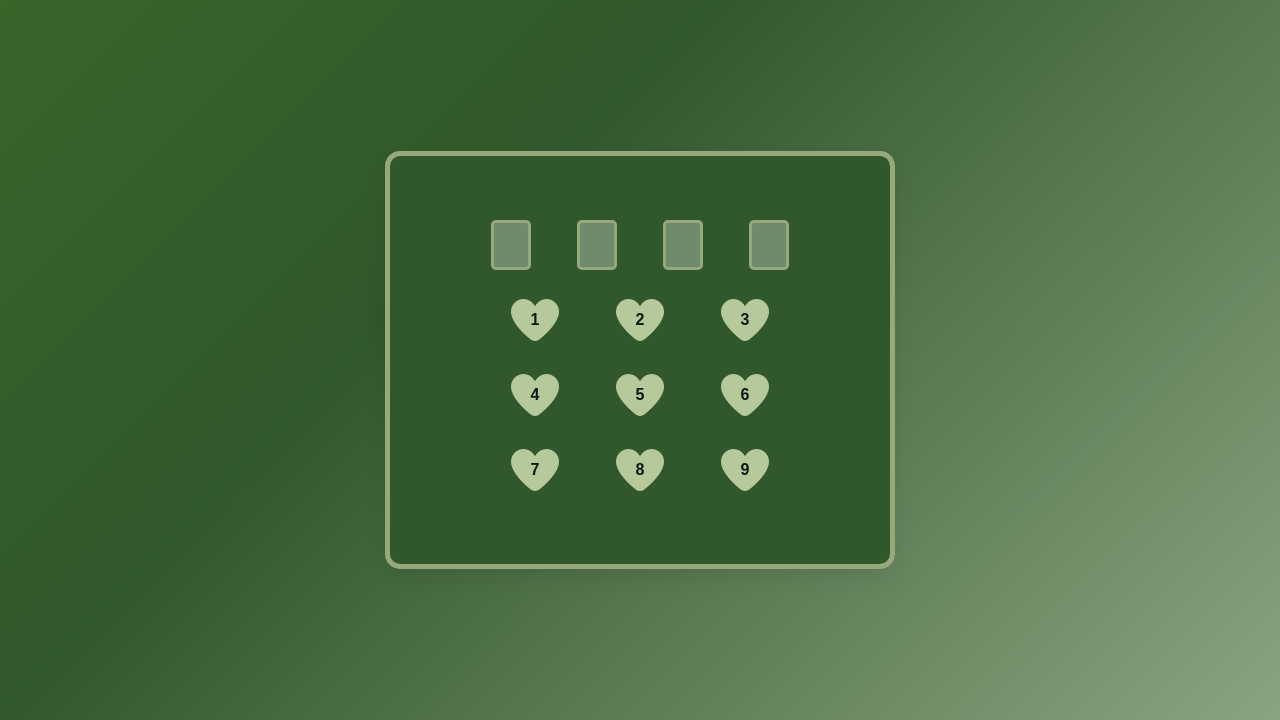
Repository: jahatesu/project-cutie
Page: index.html
An editor plug-in stored every save of this project. The page is shown before and after a run of saves, followed by the edit.
The browser window is 1280 px wide. The pictures show the whole page.
Some web libraries are served in a nearby version.

Above is the page before, as saved 2025-08-14 23:57:31.
Console error: TypeError: Cannot read properties of null (reading 'getBoundingClientRect')

### index.html
<!DOCTYPE html>
<html lang="en">
<head>
    <meta charset="UTF-8"
    meta http-equiv="X-UA-Compatible" content="IE=edge">
    <meta name="viewport" content="width=device-width, initial-scale=1.0">
    <title>idk yet</title>
    <link rel="stylesheet" href="https://cdnjs.cloudflare.com/ajax/libs/font-awesome/7.0.0/css/all.min.css">
    <link rel="stylesheet" href="style.css">
</head>

<body>
    <div class="wrapper">
        <!-- <i class="fa-solid fa-heart"></i>
        <h2 class="question">Do you wanna see why I think you’re the cutest?</h2>
        <div class="btn-group">
            <button class="btn-yes">Yes</button>
            <button class="btn-no">No</button>
        </div> -->

        <!-- PIN DISPLAY -->
         <div class="pin-display">
            <div class="pin-box"></div>
            <div class="pin-box"></div>
            <div class="pin-box"></div>
            <div class="pin-box"></div>
         </div>

         <!-- HEART BUTTONS -->
         <div class="heart-pad">
            <button data-num="1"><i class="fa-solid fa-heart"></i><span>1</span></button>
            <button data-num="2"><i class="fa-solid fa-heart"></i><span>2</span></button>
            <button data-num="3"><i class="fa-solid fa-heart"></i><span>3</span></button>
            <button data-num="4"><i class="fa-solid fa-heart"></i><span>4</span></button>
            <button data-num="5"><i class="fa-solid fa-heart"></i><span>5</span></button>
            <button data-num="6"><i class="fa-solid fa-heart"></i><span>6</span></button>
            <button data-num="7"><i class="fa-solid fa-heart"></i><span>7</span></button>
            <button data-num="8"><i class="fa-solid fa-heart"></i><span>8</span></button>
            <button data-num="9"><i class="fa-solid fa-heart"></i><span>9</span></button>

        </div>
    </div>

    <script src="script.js"></script>


</body>
</html>

### style.css
:root{
    --bg1:#e9f5db;
    --bg2:#90a955;
    --accent:#b5c99a;
    --ink:#232323;
    --splash-duration: 2600ms;
  }

*{
    margin: 0;
    padding: 0;
    box-sizing: border-box;
}

html, body {
    display: flex;
    justify-content: center;
    align-items: center;
    min-height: 100vh;
  width: 100%;
  height:100%;
}

body {
    background: linear-gradient(-45deg, #e9f5db, #31572c, #538d22, #143601);
    background-size: 400% 400%;
    animation: gradient 15s ease infinite;
}

@keyframes gradient {
    0% {
        background-position: 0% 50%;
    }
    50% {
        background-position: 100% 50%;
    }
    100% {
        background-position: 0% 50%;
    }
}
.wrapper{
    position: relative;
    width: 90%;
    padding: 5%;
    max-width: 500px;
    margin: 50px 50px;
    height: fit-content;
    /* max-height: 50%; */
    background: #31572c;
    border-radius: 10px;
    display: flex;
    justify-content: center;
    align-items: center;
    box-shadow: 0 10px 25px rgba(0,0,0,0.1);
    flex-direction: column;
    text-align: center;
    outline: 5px solid #97a97c;
}

.pin-display{
  display: flex;
  justify-content: space-between;
  margin-bottom: 20px;
  width: 80%;
}

.pin-box{
  width: clamp(30px, 9vw, 40px);
  height: clamp(30px, 9vw, 50px);
  border: 3px solid #97a97c;
  border-radius: 5px;
  background: rgba(255,255,255,0.3);

   display: flex;           /* center content */
  justify-content: center; /* horizontal center */
  align-items: center;     /* vertical center */

  font-size: 1.5rem;       /* size of entered number */
  font-weight: bold;       /* make number bold */
  color: #081c15;             /* number color */
  text-align: center;      /* center text */
}

.heart-pad {
  display: grid;
  grid-template-columns: repeat(3, 1fr);
  gap: 15px;
  width: 100%;
  max-width: 300px;
  justify-items: center;
  margin: 0 auto;
}

.heart-pad button {
  position: relative;
  width: 60px;
  height: 60px;
  background: none;        /* remove default button background */
  border: none;
  cursor: pointer;
  font-size: 1rem;
  color: #081c15;
  display: flex;
  justify-content: center;
  align-items: center;
  outline: 4px solid transparent; /* outline for focus state */
  transition: outline-color 0.3s ease;
}


.heart-pad i {
  position: absolute;      /* behind the number */
  font-size: 3rem;         /* heart size */
  color: #b5c99a;          /* heart color */
  z-index: 0;
}

.heart-pad button span {
  position: relative;
  z-index: 1;              /* number above the heart */
  font-weight: bold;
}


/* .wrapper i {
  font-size: 50px;
  margin-bottom: 10px;
  color: #e9f5db;
}

i{
    font-size:7.5em;
    color: #e9f5db;
    border: 5px solid transparent;
}

h2{
    font-size: 2em;
    color: #e9f5db;
    margin: 15px 0;
}
@media (max-width: 600px) {
  .h2 {
    font-size: 1.2rem;
  }
}

.btn-group{
    width: 100%;
    height: 40px;
    display: flex;
    justify-content: center;
    margin-top: 15px;
}

button {
    position: absolute;
    width: 150px;
    height: inherit;
    font-size: 1.2em;
    color: #e9f5db;
    font-weight: 600;
    border-radius: 30px;
    border: 2px solid #4f772d;
    cursor: pointer;
    box-shadow: 0 5px 15px rgba(0,0,0,0.3);
}

button:nth-child(1){
    margin-left: -200px;
    background: #4f772d;
    color: #b5c99a;
}

button:nth-child(2){
    margin-right: -200px;
    color: #b5c99a;
}

@media (max-width: 400px) {
  .question {
    font-size: 5vw;
  }
  button {
    font-size: 4vw;
  }
} */

### script.js
const wrapper = document.querySelector(".wrapper");
const question = document.querySelector(".question");
const yesBtn = document.querySelector(".btn-yes");
const noBtn = document.querySelector(".btn-no");

const pinBoxes = document.querySelectorAll('.pin-box');
const buttons = document.querySelectorAll('.heart-pad button');
let pin = [];

buttons.forEach(btn => {
  btn.addEventListener('click', () => {
    if (pin.length < 4) {
      pin.push(btn.dataset.num);
      pinBoxes[pin.length - 1].textContent = btn.dataset.num; // show number
    }
  });
});

const wrapperRect = wrapper.getBoundingClientRect();
const noBtnRect = noBtn.getBoundingClientRect();

noBtn.addEventListener('mouseover', () => {
    const i = Math.floor(Math.random() * (wrapperRect.width - noBtnRect.width));
    const j = Math.floor(Math.random() * (wrapperRect.height - noBtnRect.height));
    noBtn.style.left = i + "px";
    noBtn.style.top = j + "px";
})

After the next 3 saves:
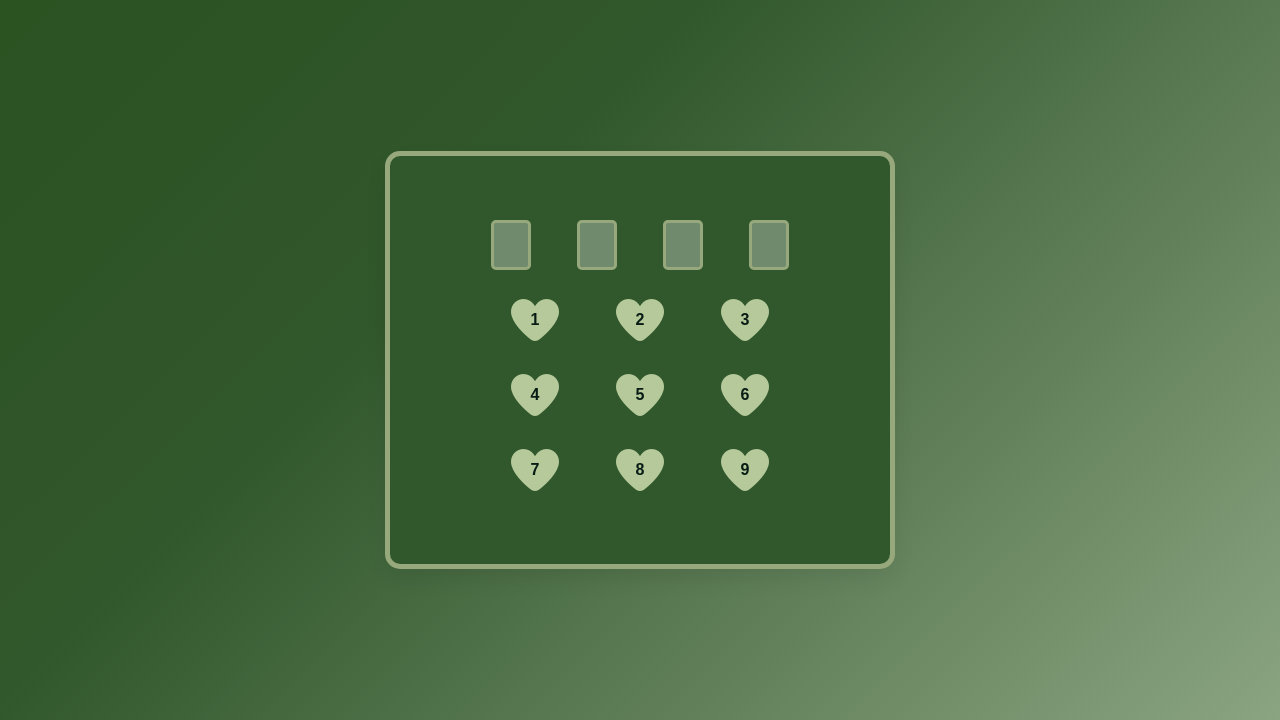
The 3 saves are shown as one change because they came seconds apart.
The last was saved 26 s later.
--- a/style.css
+++ b/style.css
@@ -22,7 +22,7 @@ html, body {
 }
 
 body {
-    background: linear-gradient(-45deg, #e9f5db, #31572c, #538d22, #143601);
+    background: linear-gradient(-45deg, #e9f5db, #31572c, #1a4301, #143601);
     background-size: 400% 400%;
     animation: gradient 15s ease infinite;
 }
